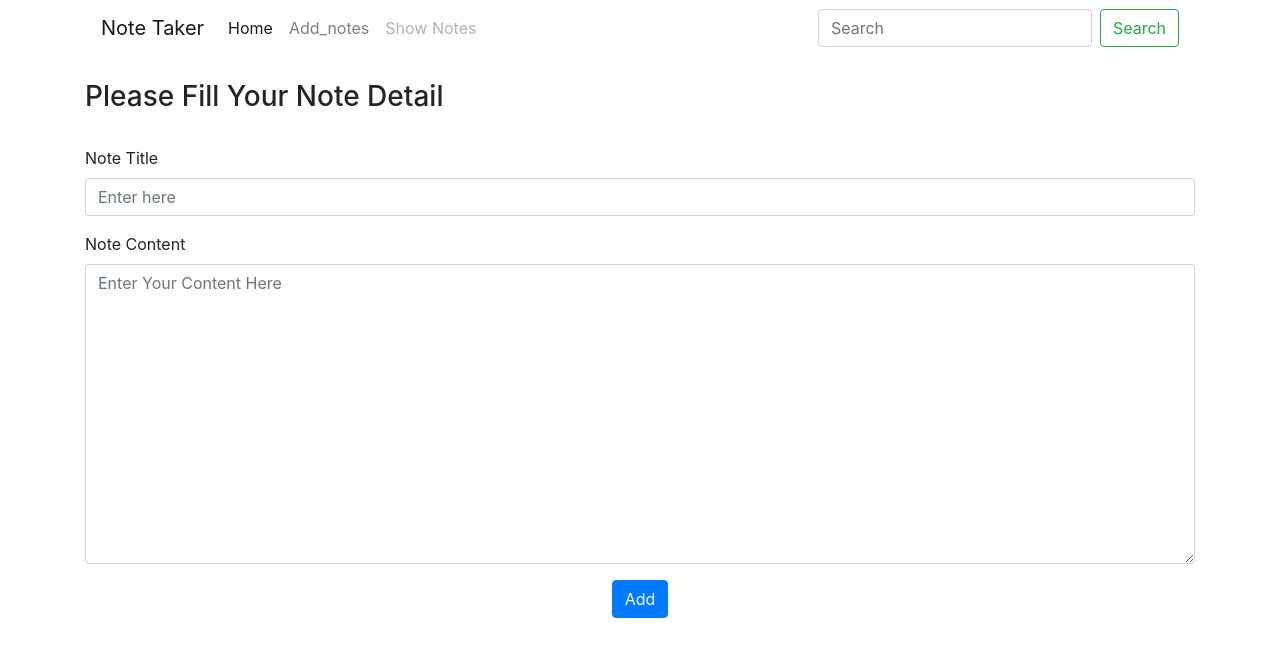
Repository: PratibhaMastud/index.jsp
Page: http://localhost/JavaWebApp/add_notes.jsp
The author's editor kept a copy of each file at every save. The page is drawn from the files as they stood at one save, then again after the next save.
The browser window is 1280 px wide. The pictures show the whole page.
Some web libraries are served in a nearby version. The page is served by Tomcat 9. Other server files are loaded and not shown.

Above is the page before, as saved 2020-06-29 06:21:04.

### JavaWebApp/src/main/webapp/add_notes.jsp
<%@ page language="java" contentType="text/html; charset=ISO-8859-1"
    pageEncoding="ISO-8859-1"%>
<!DOCTYPE html>
<html>
<head>
<meta charset="ISO-8859-1">
<title>ADD NOTES</title>
	<%@include file="allcssbootstrapjsFile.jsp"%>
</head>
<body>
<div class="container">
	<%@include file="navbar.jsp"%><br>
		<h3>Please Fill Your Note Detail</h3></br>

<!--this is add form  -->
<form action="SaveNoteServlet" method="post">

  <div class="form-group">
   	 <label for="title">Note Title</label>
   	 <input
   	 name="title"
     required
     type="text"
     class="form-control"
      id="title"
      aria-describedby="emailHelp"
     placeholder="Enter here" />
  </div>


  <div class="form-group">
    <label for="exampleInputPassword1">Note Content</label>
    <textarea
    	 name="content"
    	 required
    	 id="content"
    	  placeholder="Enter Your Content Here"
    	  class="form-control"
    	  style="height:300px"></textarea>
  </div>
  <div class="container text-center">
  	   <button type="submit" class="btn btn-primary">Add</button>
  </div>
</form>

</div>
</body>
</html>

### JavaWebApp/src/main/webapp/allcssbootstrapjsFile.jsp
  <!-- Bootstrap CSS -->
    <link rel="stylesheet" href="https://maxcdn.bootstrapcdn.com/bootstrap/4.0.0/css/bootstrap.min.css"
     integrity="sha384-Gn5384xqQ1aoWXA+058RXPxPg6fy4IWvTNh0E263XmFcJlSAwiGgFAW/dAiS6JXm" crossorigin="anonymous">
	<link href="css/style.css" rel="stylesheet" />

  <!-- Optional JavaScript -->
    <!-- jQuery first, then Popper.js, then Bootstrap JS -->
    <script src="https://code.jquery.com/jquery-3.2.1.slim.min.js" integrity="sha384-KJ3o2DKtIkvYIK3UENzmM7KCkRr/rE9/Qpg6aAZGJwFDMVNA/GpGFF93hXpG5KkN" crossorigin="anonymous"></script>
    <script src="https://cdnjs.cloudflare.com/ajax/libs/popper.js/1.12.9/umd/popper.min.js" integrity="sha384-ApNbgh9B+Y1QKtv3Rn7W3mgPxhU9K/ScQsAP7hUibX39j7fakFPskvXusvfa0b4Q" crossorigin="anonymous"></script>
    <script src="https://maxcdn.bootstrapcdn.com/bootstrap/4.0.0/js/bootstrap.min.js" integrity="sha384-JZR6Spejh4U02d8jOt6vLEHfe/JQGiRRSQQxSfFWpi1MquVdAyjUar5+76PVCmYl" crossorigin="anonymous"></script>

### JavaWebApp/src/main/webapp/navbar.jsp
<nav class="navbar navbar-expand-lg navbar-light purple">
  <a class="navbar-brand" href="#">Note Taker</a>
  <button class="navbar-toggler" type="button" data-toggle="collapse" data-target="#navbarSupportedContent" aria-controls="navbarSupportedContent" aria-expanded="false" aria-label="Toggle navigation">
    <span class="navbar-toggler-icon"></span>
  </button>

  <div class="collapse navbar-collapse" id="navbarSupportedContent">
    <ul class="navbar-nav mr-auto">
      <li class="nav-item active">
        <a class="nav-link" href="#">Home <span class="sr-only">(current)</span></a>
      </li>
      <li class="nav-item">
        <a class="nav-link" href="#">Add_notes</a>
      </li>

      <li class="nav-item">
        <a class="nav-link disabled" href="#">Show Notes</a>
      </li>
    </ul>
    <form class="form-inline my-2 my-lg-0">
      <input class="form-control mr-sm-2" type="search" placeholder="Search" aria-label="Search">
      <button class="btn btn-outline-success my-2 my-sm-0" type="submit">Search</button>
    </form>
  </div>
</nav>

### JavaWebApp/src/main/webapp/css/style.css
.purple{
	background:b71c1c;
}

After the next save:
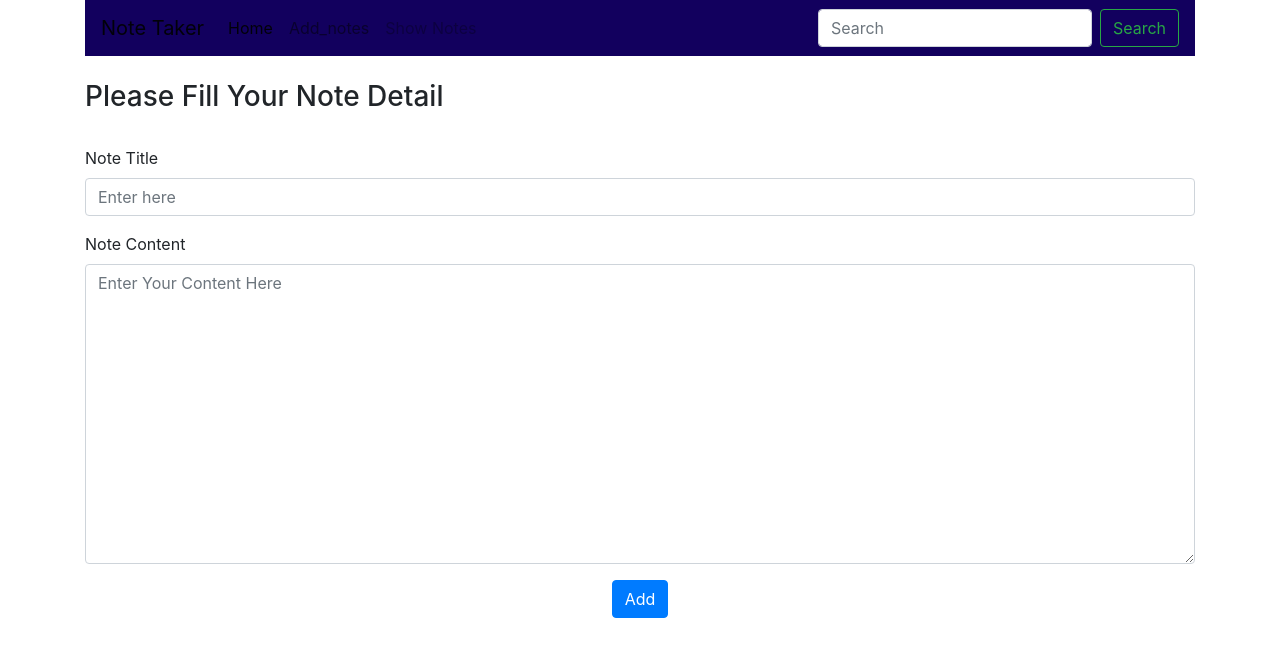
Saved 2 min 28 s later.
--- a/JavaWebApp/src/main/webapp/css/style.css
+++ b/JavaWebApp/src/main/webapp/css/style.css
@@ -1,3 +1,4 @@
 .purple{
-	background:b71c1c;
+	background:#12005e;
+
 }
